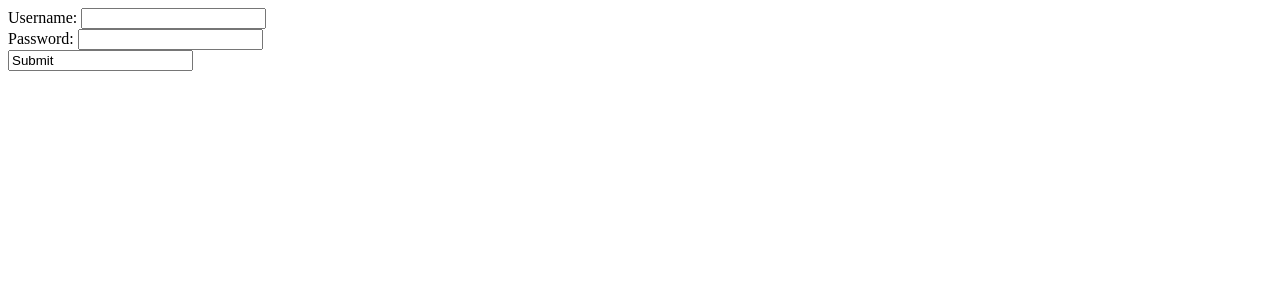
Repository: PallaviSRawat/testGitHub
Page: eclipse-workspace-ee/RbsApp/WebContent/index.html
The author's editor kept a copy of each file at every save. The page is drawn from the files as they stood at one save, then again after the next save.
The browser window is 1280 px wide. The pictures show the whole page.

Above is the page before, as saved 2019-08-08 09:44:22.

After the next save:
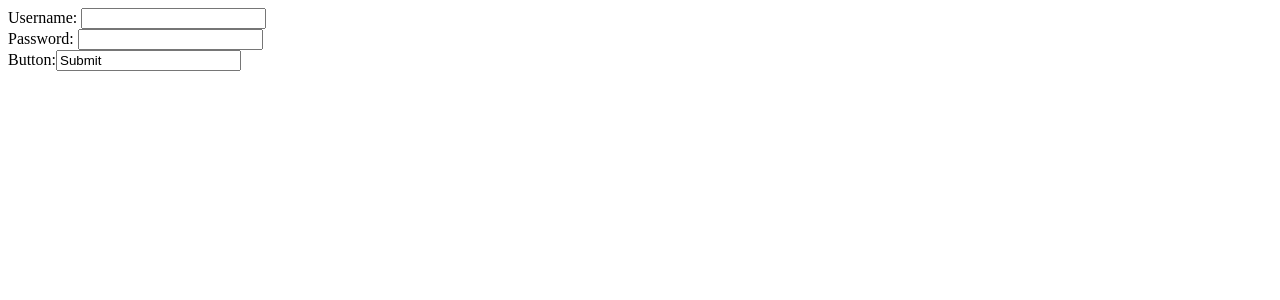
Saved 9 s later.
--- a/eclipse-workspace-ee/RbsApp/WebContent/index.html
+++ b/eclipse-workspace-ee/RbsApp/WebContent/index.html
@@ -8,7 +8,7 @@
 <form action="Login" method="get">
 Username: <input type = "text" name="username"> <br>
 Password: <input type = "text" name="password"><br>
-<input type=ubmit" value="Submit">
+Button:<input type=Submit" value="Submit">
 </form>
 
 </body>
